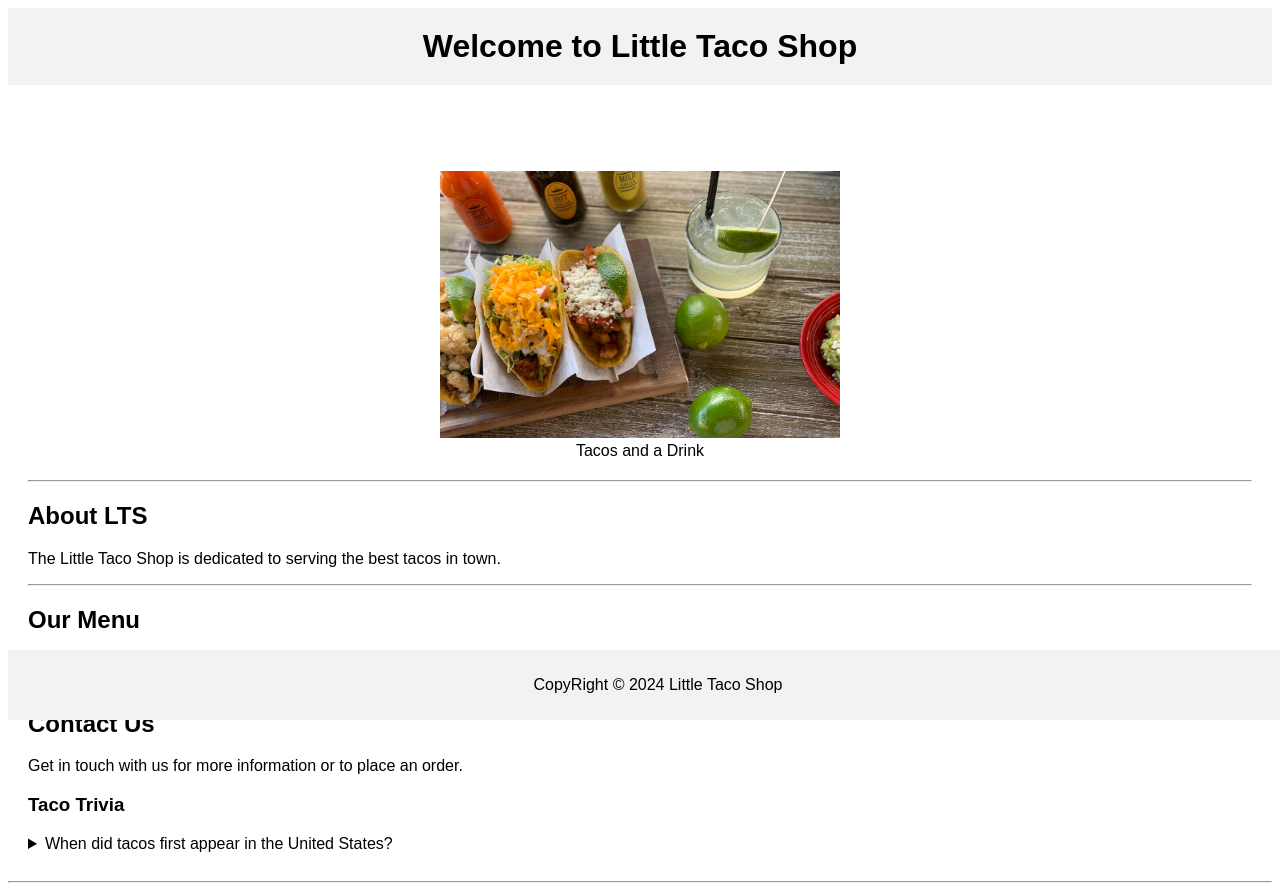
Repository: cavidk/taco_shop-web
Page: html basics/index.html
The author's editor kept a copy of each file at every save. The page is drawn from the files as they stood at one save, then again after the next save.
The browser window is 1280 px wide. The pictures show the whole page.

Above is the page before, as saved 2024-06-11 10:06:45.

### html basics/index.html
<!DOCTYPE html>
<html lang="en">

<head>
   <meta charset="UTF-8">
   <meta name="author" content="Paimon">
   <meta name="description" content="The official website for Little Taco Shop">
   <title>The Little Taco Shop</title>
   <link rel="icon" href="icons8-star-100.png" type="image">
   <link rel="stylesheet" href="css/style.css">
   </head>
   <body>
      <header>
         <h1>Welcome to Little Taco Shop</h1>
         <nav>
            <ul>
               <li>
                  <a href="#home">Home</a>
               </li>
               <li>
                  <a href="#about">About<abbr title="The Little Taco Shop">LTS</abbr></a>
               </li>
               <li>
                  <a href="#menu">Our Menu</a>
               </li>
               <li>
                  <a href="contact.html">Contact Us</a>
               </li>
            </ul>
         </nav>
      </header>
      <main>
         <section id="home">
            <figure>
               <img width="400" height="267" src="images/image-24.jpeg" alt="This is a Drink with taco" title="We love tacos">
               <figcaption>
                  Tacos and a Drink
               </figcaption>
            </figure>
         </section>
         <hr>
         <section id="about">
            <h2>About LTS</h2>
            <p>The Little Taco Shop is dedicated to serving the best tacos in town.</p>
         </section>
         <hr>
         <section id="menu">
            <h2>Our Menu</h2>
            <p>Check out our delicious menu filled with a variety of tacos and drinks.</p>
         </section>
         <hr>
         <section id="contact">
            <h2>Contact Us</h2>
            <p>Get in touch with us for more information or to place an order.</p>
         </section>
         <aside>
            <h3>Taco Trivia</h3>
            <details>
               <summary>
                  When did tacos first appear in the United States?
               </summary>
               <p>
                  Tacos first appeared in the United States in the 19th century. The first known mention of a taco in the
                  United States is from 1905, in a newspaper. Tacos were introduced to the United States by Mexican
                  <time datetime="1905">1905</time>
               </p>
            </details>
         </aside>
      </main>
      <hr>
      <footer>
         <p>
            CopyRight &copy; 2024 Little Taco Shop
         </p>
      </footer>
   </body>

   </html>

### html basics/css/style.css
body {
   font-family: Arial, sans-serif;
}

nav {
   overflow: hidden;
}

nav ul {
   list-style-type: none;
   margin: 0;
   padding: 0;
}

nav ul li {
   float: left;
}

nav ul li a {
   display: block;
   color: white;
   text-align: center;
   padding: 14px 16px;
   text-decoration: none;
}

nav ul li a:hover {
   background-color: #111;
}

header h1 {
   margin: 0;
   padding: 20px;
   text-align: center;
   background-color: #f2f2f2;
}

main {
   padding: 20px;
}

footer {
   text-align: center;
   padding: 10px;
   background-color: #f2f2f2;
   position: fixed;
   bottom: 0;
   width: 100%;
}

figure {
   text-align: center;
   margin: 20px 0;
}

After the next save:
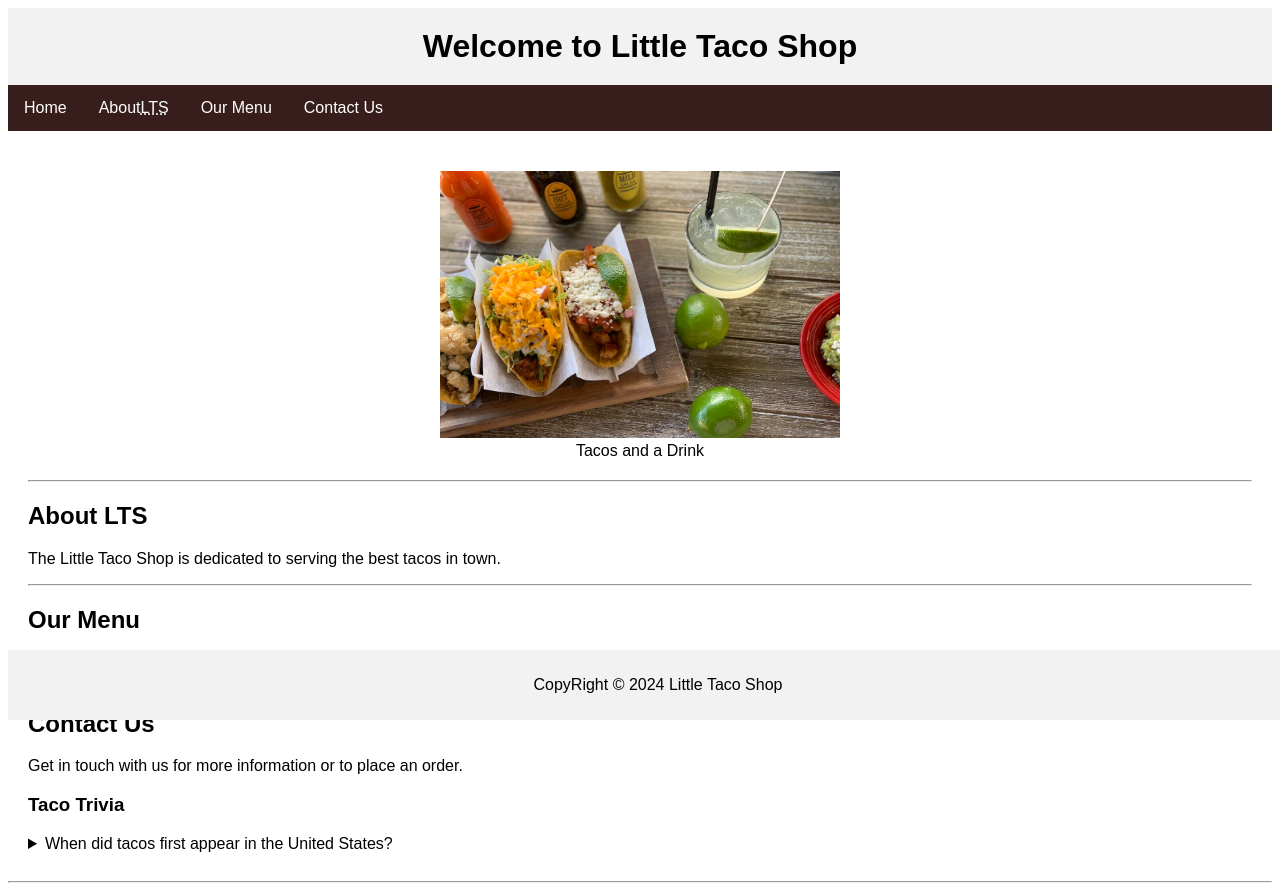
Saved 68 s later.
--- a/html basics/css/style.css
+++ b/html basics/css/style.css
@@ -3,6 +3,7 @@ body {
 }
 
 nav {
+   background-color: #381d1d;
    overflow: hidden;
 }
 
